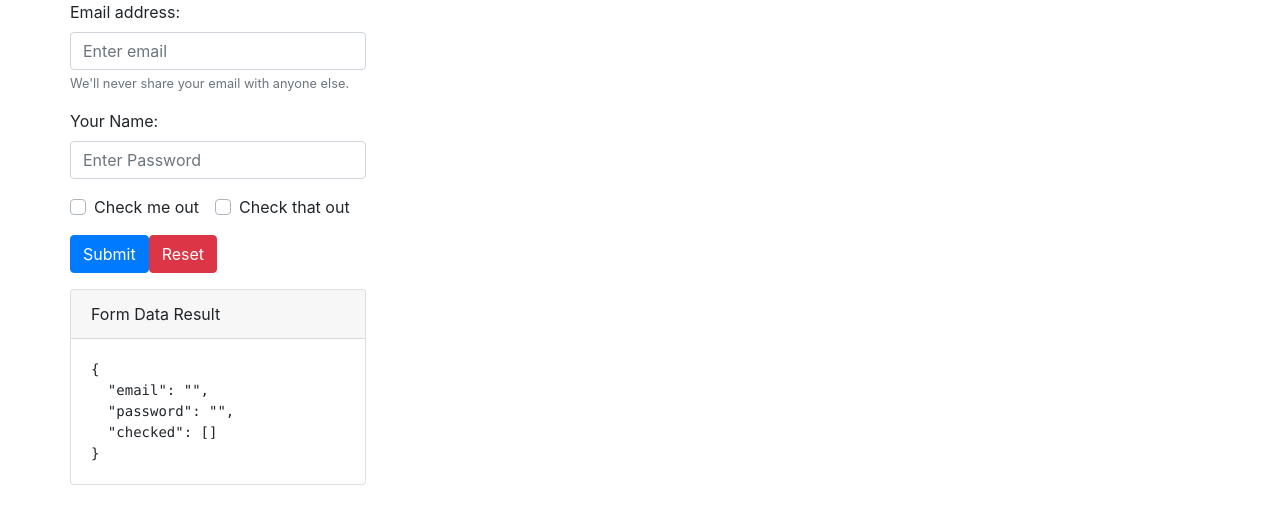
Repository: afsanarozan/viue-js
Page: /login
An editor plug-in stored every save of this project. The page is shown before and after a run of saves, followed by the edit.
The browser window is 1280 px wide. The pictures show the whole page.
Some web fonts or font styles are not loaded; a fallback is used. The project was rebuilt for these pictures with package versions that can differ from the ones it lists, and the page was loaded fresh each time. Also part of the build but not shown: src/components/modalEdit.vue, src/components/modalAdd.vue, src/components/Items.vue, src/views/Home/home.vue, src/views/Home/name.vue, src/views/Home/update.vue, src/views/Home/price.vue, src/views/Home/search.vue and 2 more.

Above is the page before, as saved 2020-10-01 21:56:10.

### public/index.html
<!DOCTYPE html>
<html lang="en">
  <head>
    <meta charset="utf-8">
    <meta http-equiv="X-UA-Compatible" content="IE=edge">
    <meta name="viewport" content="width=device-width,initial-scale=1.0">
    <link rel="icon" href="<%= BASE_URL %>favicon.ico">
    <title>Food</title>
    <!-- <%= htmlWebpackPlugin.options.title %> -->
    <!-- Font -->
    <link href="https://fonts.cdnfonts.com/css/airbnb-cereal-app?styles=36584" rel="stylesheet">
  </head>
  <body>
    <noscript>
      <strong>We're sorry but <%= htmlWebpackPlugin.options.title %> doesn't work properly without JavaScript enabled. Please enable it to continue.</strong>
    </noscript>



    <div id="app">

    </div>
    <!-- built files will be auto injected -->
     </body>
</html>

### src/main.js
import Vue from 'vue'
import App from './App.vue'
import router from './router'

import BootstrapVue, { BootstrapVueIcons } from 'bootstrap-vue'
import 'bootstrap/dist/css/bootstrap.css'
import 'bootstrap-vue/dist/bootstrap-vue.css'

Vue.config.productionTip = false
Vue.use(BootstrapVue)
Vue.use(BootstrapVueIcons)


new Vue({
  router,
  render: h => h(App),
}).$mount('#app')

### src/App.vue
<template>

    <div id="app">
      <router-view></router-view>
    </div>

</template>

<script>
export default {
  name: 'App',
}

</script>

<style></style>

### src/router.js
import Vue from "vue"
import VueRouter from "vue-router"
import home  from  './views/Home/home'
import name from './views/Home/name'
import update from './views/Home/update'
import price from './views/Home/price'
import search from './views/Home/search'
import about from './views/History/history'
import profile from './views/Profile/profile'
import login from './views/login/login'

Vue.use(VueRouter)

const routes = [
    {
        path: "/",
        name: "home",
        component: home,
    },
    {
        path: "/login",
        name: "login",
        component: login,
    },
    {
        path: "/history",
        name: "history",
        component: about,
    },
    {
        path: "/profile",
        name: "profile",
        component: profile,
    },
    {
        path: "/name",
        name: "name",
        component: name
    },
    {
        path: "/update",
        name: "update",
        component: update
    },
    {
        path: "/price",
        name: "price",
        component: price
    },
    {
        path: "/search",
        name: "search",
        component: search
    },
]

const mainRouter = new VueRouter({
    mode: 'history',
    routes,
})

export default  mainRouter

### src/views/login/login.vue
<template>
<div class="wrap-form-contact">
    <div class="container">
        <b-row>
            <div md="4" offset-md="4">
    <b-form @submit="onSubmit" @reset="onReset" v-if="show">
      <b-form-group
        id="input-group-1"
        label="Email address:"
        label-for="input-1"
        description="We'll never share your email with anyone else."
      >
        <b-form-input
          id="input-1"
          v-model="form.email"
          type="email"
          required
          placeholder="Enter email"
        ></b-form-input>
      </b-form-group>

      <b-form-group id="input-group-2" label="Your Name:" label-for="input-2">
        <b-form-input
          id="input-2"
          v-model="form.password"
          type="password"
          required
          placeholder="Enter Password"
        ></b-form-input>
      </b-form-group>

      <b-form-group id="input-group-4">
        <b-form-checkbox-group v-model="form.checked" id="checkboxes-4">
          <b-form-checkbox value="me">Check me out</b-form-checkbox>
          <b-form-checkbox value="that">Check that out</b-form-checkbox>
        </b-form-checkbox-group>
      </b-form-group>

      <b-button type="submit" variant="primary">Submit</b-button>
      <b-button type="reset" variant="danger">Reset</b-button>
    </b-form>
    <b-card class="mt-3" header="Form Data Result">
      <pre class="m-0">{{ form }}</pre>
    </b-card>
            </div>
            </b-row>
  </div>
</div>
</template>

<script>

export default {
    name : 'login',
    data() {
      return {
        form: {
          email: '',
          password: '',
          checked: []
        },
        foods: [{ text: 'Select One', value: null }, 'Carrots', 'Beans', 'Tomatoes', 'Corn'],
        show: true
      }
    },
    methods: {
      onSubmit(evt) {
        evt.preventDefault()
        alert(JSON.stringify(this.form))
      },
      onReset(evt) {
        evt.preventDefault()
        // Reset our form values
        this.form.email = ''
        this.form.name = ''
        this.form.checked = []
        // Trick to reset/clear native browser form validation state
        this.show = false
        this.$nextTick(() => {
          this.show = true
        })
      }
    }
  }
</script>

<style lang="scss" scoped>

</style>

After the next 3 saves:
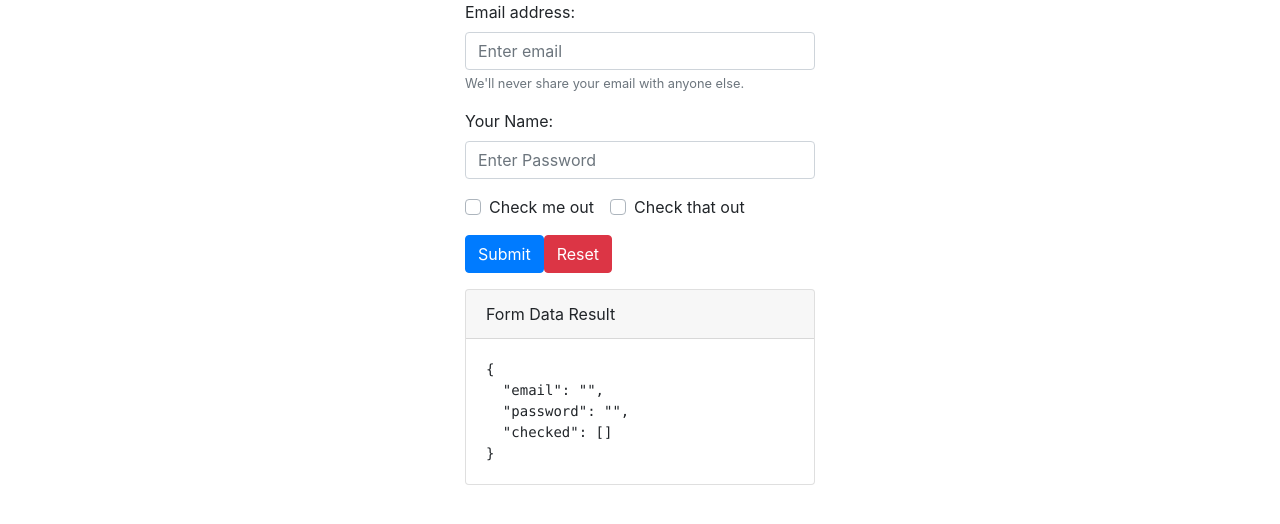
The 3 saves are shown as one change because 2 did not build or start.
The last was saved 50 s later.
--- a/src/views/login/login.vue
+++ b/src/views/login/login.vue
@@ -2,7 +2,7 @@
 <div class="wrap-form-contact">
     <div class="container">
         <b-row>
-            <div md="4" offset-md="4">
+            <b-col md="4" offset-md="4">
     <b-form @submit="onSubmit" @reset="onReset" v-if="show">
       <b-form-group
         id="input-group-1"
@@ -42,7 +42,7 @@
     <b-card class="mt-3" header="Form Data Result">
       <pre class="m-0">{{ form }}</pre>
     </b-card>
-            </div>
+            </b-col>
             </b-row>
   </div>
 </div>
